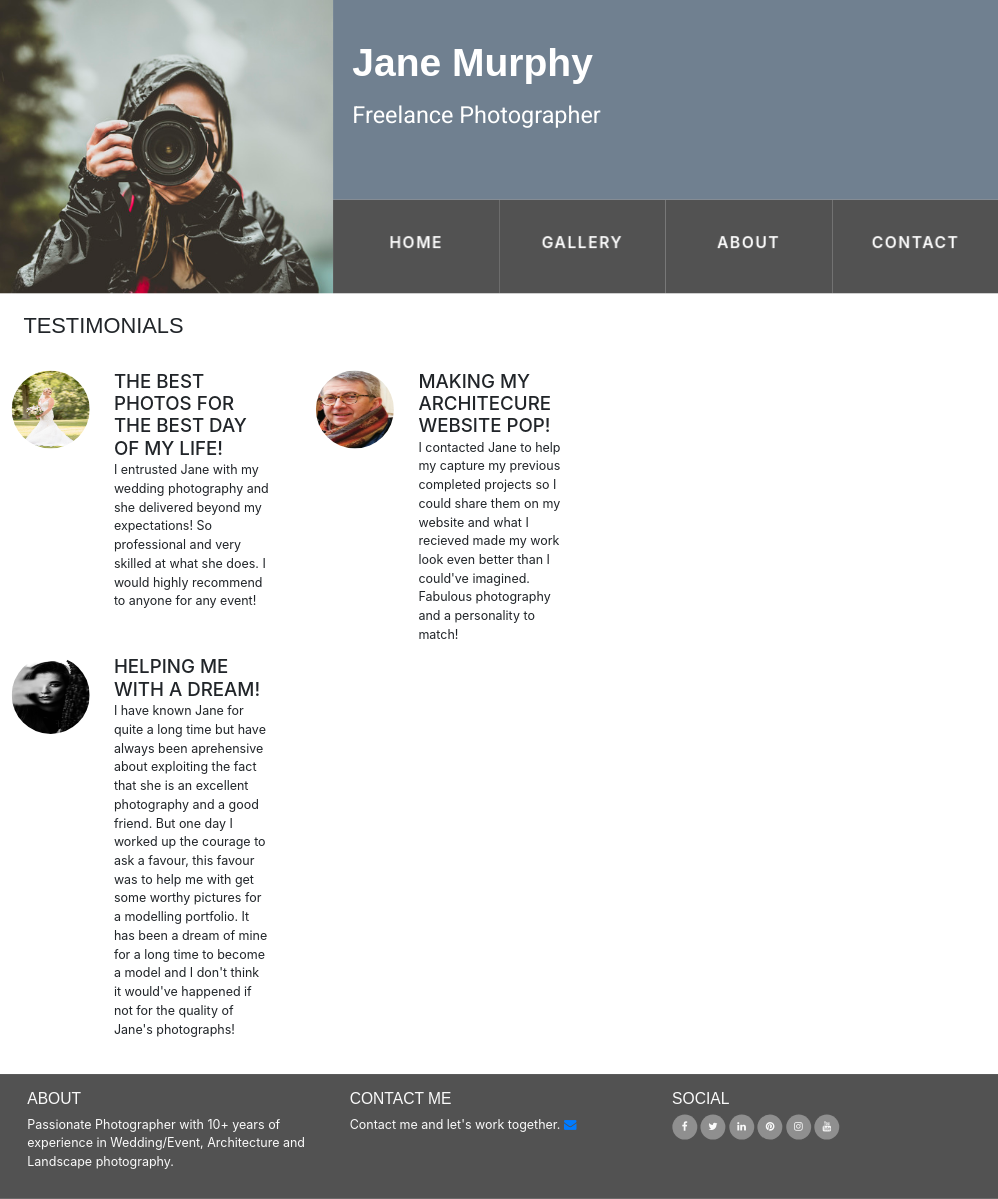
Repository: Code-Institute-Submissions/MrChrisRandall-milestone-1
Page: index.html
The author's editor kept a record of every edit. The page is drawn from the files as they stood at one moment, then again after the next edit.
The browser window is 1280 px wide. The pictures show the whole page, at 78% of full size.

Above is the page before.

After the next edit:
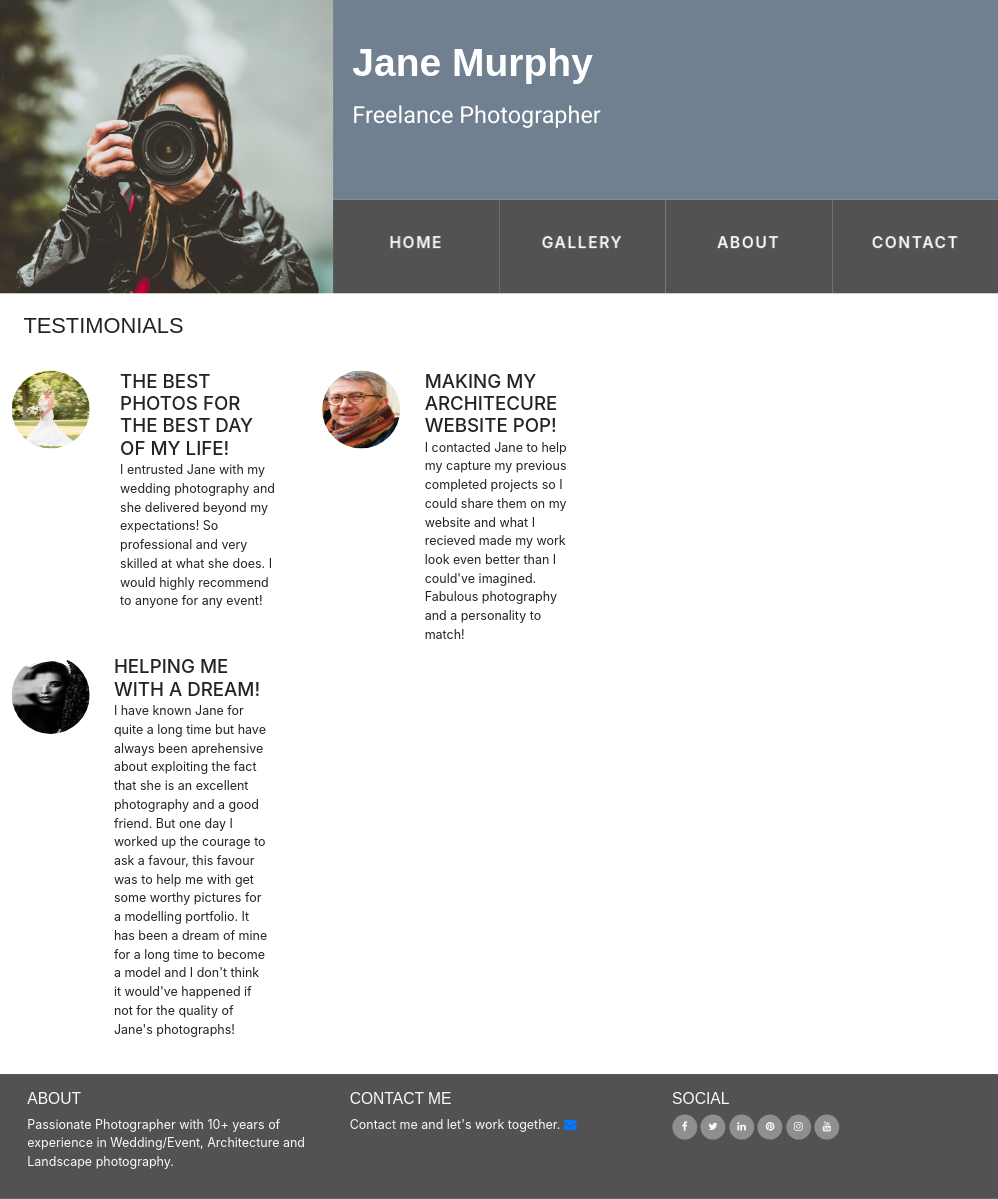
The edit:
--- a/index.html
+++ b/index.html
@@ -61,7 +61,7 @@
                 </div>
                 <div class="row">
                     <div class="d-none d-sm-block">
-                        <img src="assets/images/f1.jpg" class="rounded-circle mr-3" height=100 width=100>
+                        <img src="assets/images/f1.jpg" class="rounded-circle mr-4" height=100 width=100>
                     </div>
                     <div class="col-10 offset-1 offset-sm-0 col-sm-4 col-md-4">
                         <div class="row">
